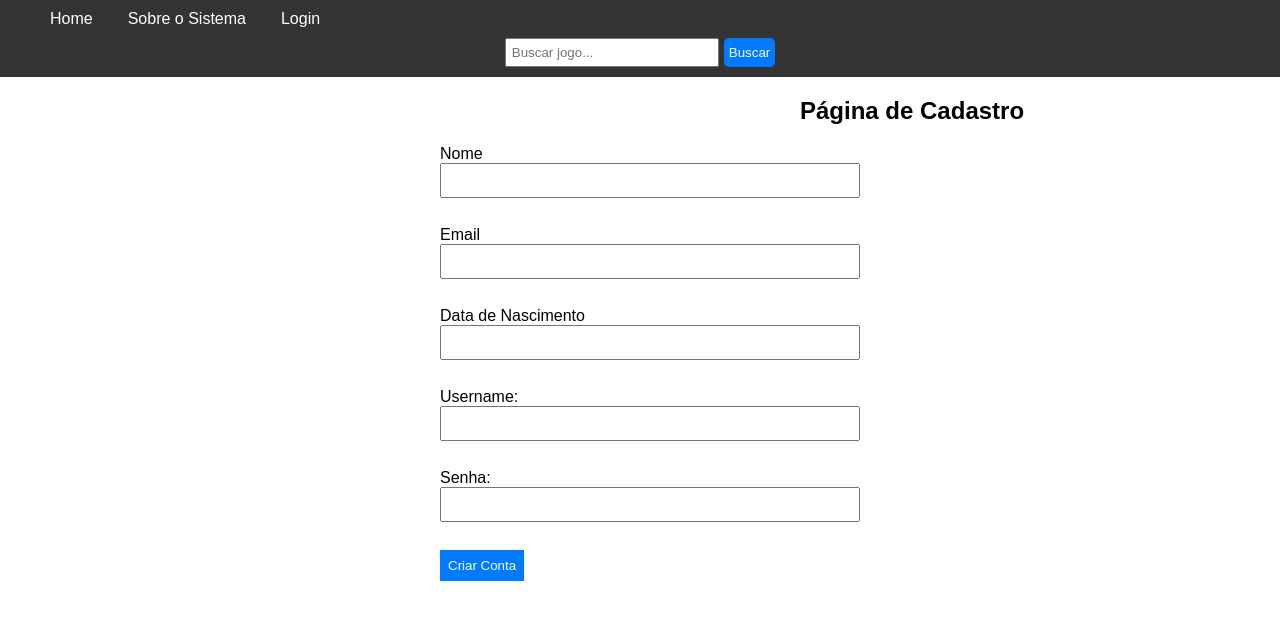
Repository: lucasparila/JogosEletronicos
Page: http://localhost/JogosEletronicos/view/criar-conta.jsp
The author's editor kept a copy of each file at every save. The page is drawn from the files as they stood at one save, then again after the next save.
The browser window is 1280 px wide. The pictures show the whole page.
The page is served by Tomcat 9. Other server files are loaded and not shown.

Above is the page before, as saved 2025-05-17 19:05:40.

### JogosEletronicos/src/main/webapp/view/criar-conta.jsp
<%@ page contentType="text/html; charset=UTF-8" pageEncoding="UTF-8" %>
<!DOCTYPE html>
<html>
<head>
    <title>Criar Conta</title>
    <link rel="stylesheet" href="<%= request.getContextPath() %>/css/header.css">
    <link rel="stylesheet" href="<%= request.getContextPath() %>/css/criar-conta.css">
</head>
<body>



	<jsp:include page="header.jsp" />
    <h2 class="titulo-conta">Página de Cadastro</h2>
    <form class="form-conta" action="<%= request.getContextPath() %>/criar-conta" method="post" method="get">

    	<label>Nome</label>
    	 <input type="text" name="nome" required><br><br>

    	 <label>Email</label>
    	 <input type="text" name="email" required><br><br>

    	 <label>Data de Nascimento</label>
    	 <input type="text" name="dataNascimento" required><br><br>


        <label>Username:</label>
        <input type="text" name="username" required><br><br>

        <label>Senha:</label>
        <input type="text" name="senha" required><br><br>

        <input type="submit" value="Criar Conta">
    </form>

### JogosEletronicos/src/main/webapp/view/header.jsp
<%@ page contentType="text/html; charset=UTF-8" pageEncoding="UTF-8" session="true" %>
<!DOCTYPE html>
<html>
<head>
    <title>Header</title>
    <link rel="stylesheet" href="<%= request.getContextPath() %>/css/header.css">
</head>
<body>

<%
    String username = (String) session.getAttribute("username");
    String contextPath = request.getContextPath();
%>

<header>
    <nav class="navbar">

            <% if (username != null) { %>
            	 <ul class="menu">
            		<li><a href="<%= contextPath %>/index.jsp">Home</a></li>
            		<li><a href="<%= contextPath %>/view/sobre-sistema.jsp">Sobre o Sistema</a></li>
            		<li><a href="<%= contextPath %>/view/exibirJogo.jsp">Meus jogos</a></li>
            		<li class="usuario"><span class="saudacao"><%= username %>!</span></li>
               		<li class="sair"><a href="<%= contextPath %>/logout" class="logout">Sair</a></li>
       			 </ul>

            <% } else { %>
           		 <ul class="menu">
           			 <li><a href="<%= contextPath %>/index.jsp">Home</a></li>
            		 <li><a href="<%= contextPath %>/view/sobre-sistema.jsp">Sobre o Sistema</a></li>
            		 <li><a href="<%= contextPath %>/view/login.jsp">Login</a></li>
       			 </ul>

            <% } %>
    </nav>

    <!-- Campo de busca -->
    <form action="<%= contextPath %>/buscar-jogo" method="post" class="search-form">
        <input type="text" name="titulo" placeholder="Buscar jogo..." required>
        <button type="submit">Buscar</button>
    </form>
</header>

</body>
</html>

### JogosEletronicos/src/main/webapp/css/header.css
body, html {
    margin: 0;
    padding: 0;
    font-family: Arial, sans-serif;
}

header {
    background-color: #333;
    padding: 10px;
    display: flex;
    flex-direction: column;
    align-items: center;
}

.navbar {
    display: flex;
    justify-content: space-between;
    width: 100%;
    max-width: 1200px;
    align-items: center;
}

.menu {
    list-style: none;
    padding: 0;
    margin: 0;
    display: flex;
}

.menu li {
    margin-right: 15px;
}

.menu li a {
    color: #fff;
    text-decoration: none;
    padding: 5px 10px;
    transition: background-color 0.3s;
}

.menu li a:hover {
    background-color: #555;
}

.usuario{
	margin-left: 700px;
}

.sair{
	margin-left: 800px;
}
.search-form {
    margin-top: 10px;
    display: flex;
    justify-content: center;
    width: 100%;
}

.search-form input[type="text"] {
    padding: 5px;
    margin-right: 5px;
    width: 200px;
}

.search-form button {
    padding: 5px;
    background-color: #007bff;
    color: #fff;
    border: none;
    cursor: pointer;
    border-radius: 5px;
}

.search-form button:hover {
    background-color: #0056b3;
}

### JogosEletronicos/src/main/webapp/css/criar-conta.css
.form-conta {
    display: block;
    max-width: 400px;
    margin: auto;
}

.titulo-conta{
	margin-left: 800px;
}

.form-conta input[type="text"],
.form-conta textarea,
.form-conta input[type="file"] {
    width: 100%;
    padding: 8px;
    margin-bottom: 10px;
}
.form-conta button,
.form-conta input[type="submit"] {
    padding: 8px;
    background-color: #007bff;
    color: white;
    border: none;
    cursor: pointer;
}

After the next save:
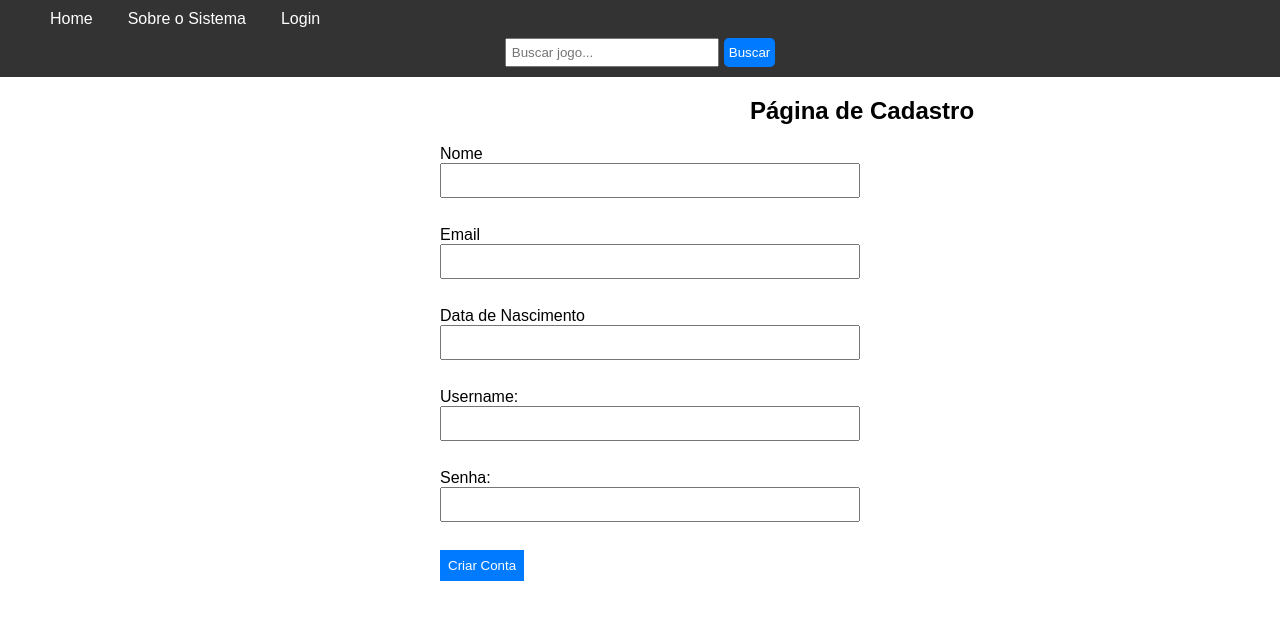
Saved 10 s later.
--- a/JogosEletronicos/src/main/webapp/css/criar-conta.css
+++ b/JogosEletronicos/src/main/webapp/css/criar-conta.css
@@ -5,7 +5,7 @@
 }
 
 .titulo-conta{
-	margin-left: 800px;
+	margin-left: 750px;
 }
 
 .form-conta input[type="text"],
